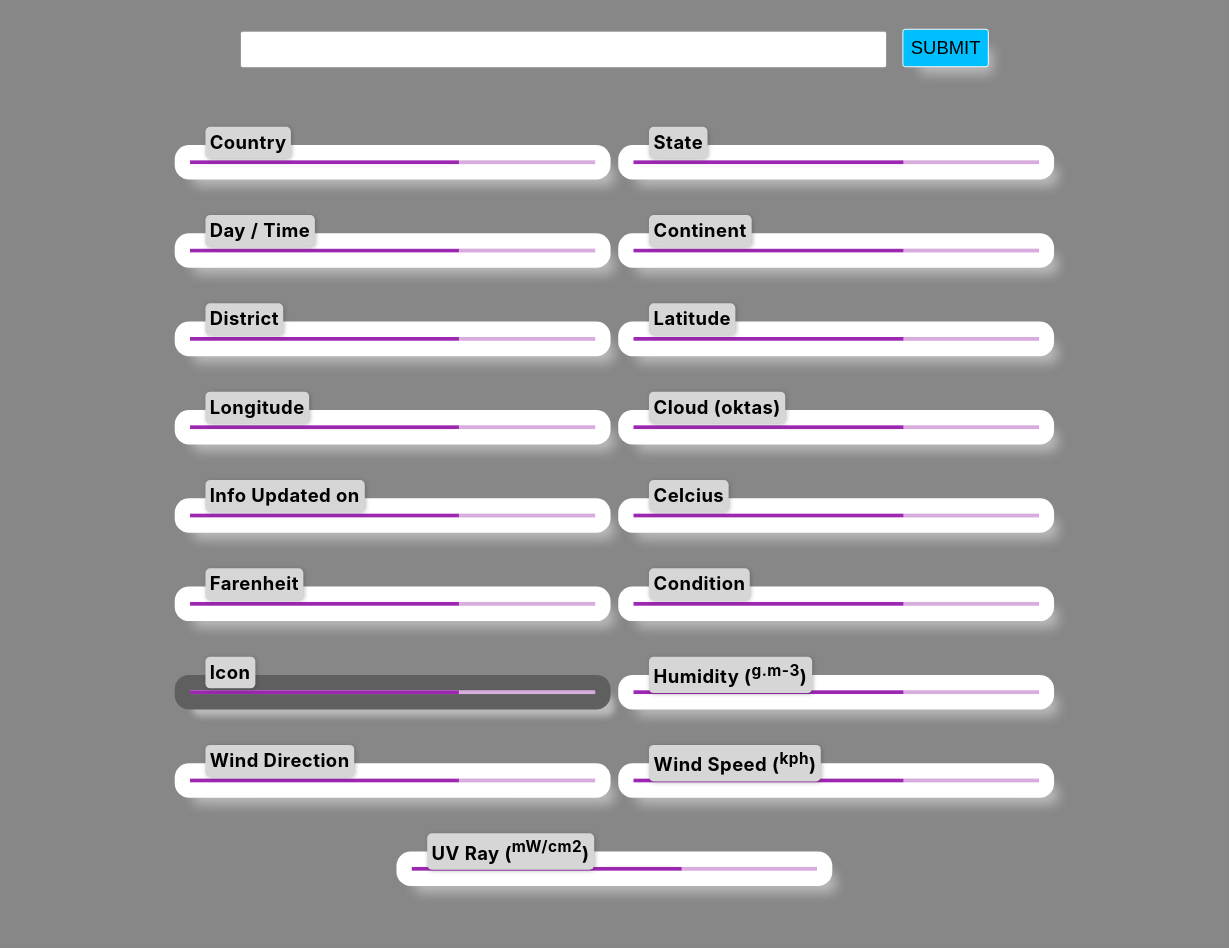
Repository: Imprasna/practising-API
Page: /
An editor plug-in stored every save of this project. The page is shown before and after a run of saves, followed by the edit.
The browser window is 1280 px wide. The pictures show the whole page, at 96% of full size.
The project was rebuilt for these pictures with package versions that can differ from the ones it lists, and the page was loaded fresh each time. Also part of the build but not shown: src/component/Country.js, src/component/Region.js, src/component/Time.js, src/component/Continent.js, src/component/District.js, src/component/Cloud.js, src/component/UpdatedWeather.js, src/component/Celcius.js and 9 more.

Above is the page before, as saved 2021-11-12 00:05:52.

After the next 3 saves:
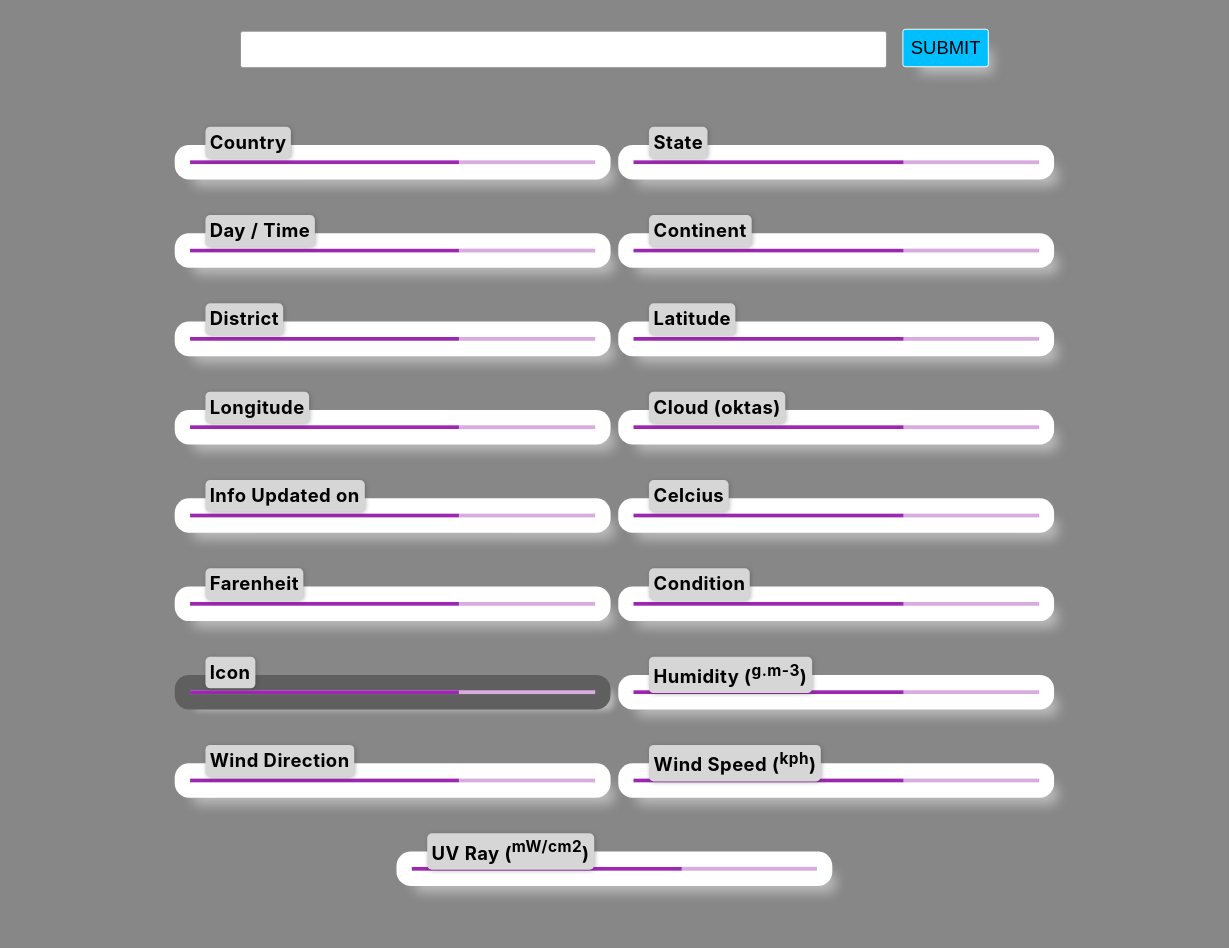
The 3 saves are shown as one change because they came seconds apart.
The last was saved 11 s later.
--- a/src/component/style.css
+++ b/src/component/style.css
@@ -359,7 +359,7 @@ body {
     padding: 1rem;
     border-radius: 15px;
     background-color: #5f5f5f;
-    box-shadow: 11px 14px 7px -7px rgba(204,204,204,0.75);
+    box-shadow: 11px 8px 7px -7px rgba(204,204,204,0.75);
     position: relative;
     font-size: 1.1rem;
     font-weight: 600;
